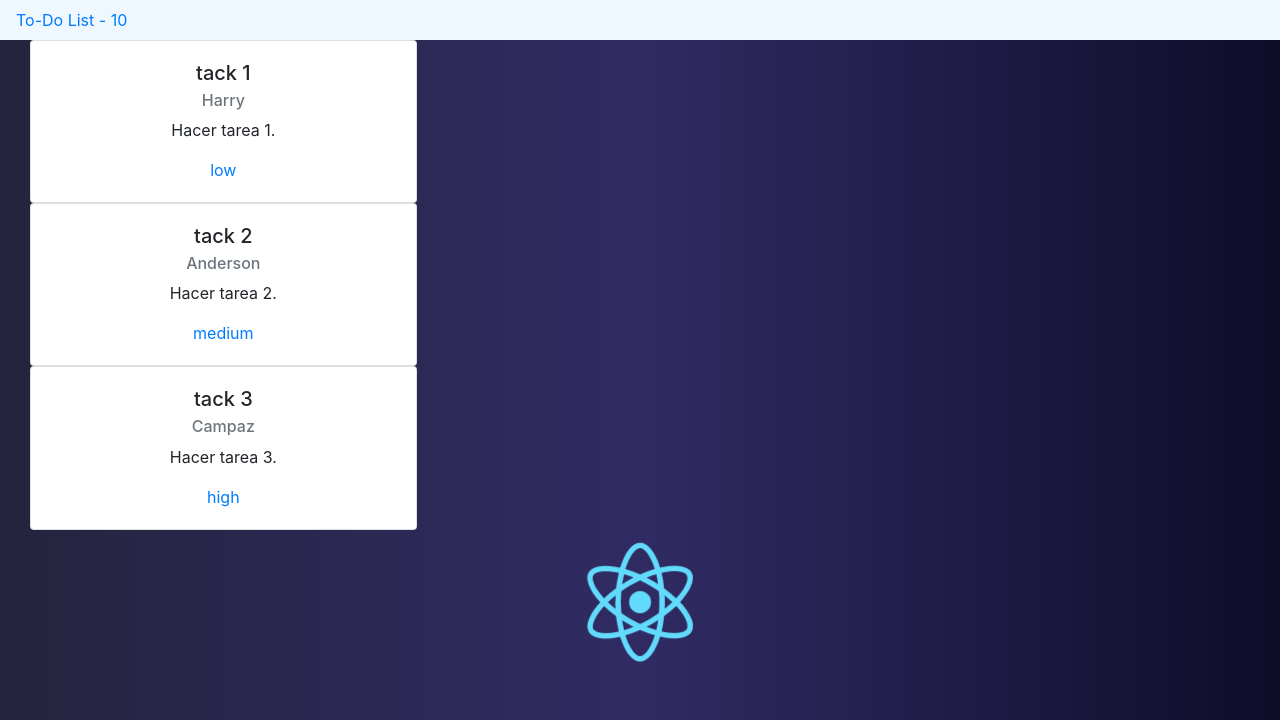
Repository: harrycampaz/to-do-react
Page: /
The author's editor kept a copy of each file at every save. The page is drawn from the files as they stood at one save, then again after the next save.
The browser window is 1280 px wide. The pictures show the whole page.
The project was rebuilt for these pictures with package versions that can differ from the ones it lists, and the page was loaded fresh each time.

Above is the page before, as saved 2019-12-17 00:11:23.

### public/index.html
<!DOCTYPE html>
<html lang="en">
  <head>
    <meta charset="utf-8" />
    <link rel="icon" href="%PUBLIC_URL%/favicon.ico" />
    <meta name="viewport" content="width=device-width, initial-scale=1" />
    <meta name="theme-color" content="#000000" />
    <meta
      name="description"
      content="Web site created using create-react-app"
    />
    <link rel="apple-touch-icon" href="%PUBLIC_URL%/logo192.png" />
    <!--
      manifest.json provides metadata used when your web app is installed on a
      user's mobile device or desktop. See https://developers.google.com/web/fundamentals/web-app-manifest/
    -->
    <link rel="manifest" href="%PUBLIC_URL%/manifest.json" />
    <!--
      Notice the use of %PUBLIC_URL% in the tags above.
      It will be replaced with the URL of the `public` folder during the build.
      Only files inside the `public` folder can be referenced from the HTML.

      Unlike "/favicon.ico" or "favicon.ico", "%PUBLIC_URL%/favicon.ico" will
      work correctly both with client-side routing and a non-root public URL.
      Learn how to configure a non-root public URL by running `npm run build`.
    -->
    <title>React App</title>
    <link rel="stylesheet" href="https://stackpath.bootstrapcdn.com/bootstrap/4.3.1/css/bootstrap.min.css" integrity="sha384-ggOyR0iXCbMQv3Xipma34MD+dH/1fQ784/j6cY/iJTQUOhcWr7x9JvoRxT2MZw1T" crossorigin="anonymous">

  </head>
  <body>
    <noscript>You need to enable JavaScript to run this app.</noscript>
    <div id="root"></div>
    <!--
      This HTML file is a template.
      If you open it directly in the browser, you will see an empty page.

      You can add webfonts, meta tags, or analytics to this file.
      The build step will place the bundled scripts into the <body> tag.

      To begin the development, run `npm start` or `yarn start`.
      To create a production bundle, use `npm run build` or `yarn build`.
    -->
  </body>
</html>

### src/App.js
import React from 'react';
import logo from './logo.svg';
import './App.css';
import Navigation from './components/ui/Navigation';
import ListTask from './components/ListTask';



function App() {
  return (
    <div className="App">
      <Navigation/>

      <div className="container-fluid">

      <ListTask/>

</div>

      <div>
        <img src ={logo} className = "App-logo"></img>
      </div>
    </div>
  );
}

export default App;

### src/App.css
body {
  background: #0f0c29;  /* fallback for old browsers */
  background: -webkit-linear-gradient(to right, #24243e, #302b63, #0f0c29);  /* Chrome 10-25, Safari 5.1-6 */
  background: linear-gradient(to right, #24243e, #302b63, #0f0c29); /* W3C, IE 10+/ Edge, Firefox 16+, Chrome 26+, Opera 12+, Safari 7+ */

}
.App {
 text-align: center;
}

nav {
  background-color: aliceblue;
  padding: 20px;
}

.App-logo {
  height: 20vmin;
  pointer-events: none;
}

@media (prefers-reduced-motion: no-preference) {
  .App-logo {
    animation: App-logo-spin infinite 20s linear;
  }
}


@keyframes App-logo-spin {
  from {
    transform: rotate(0deg);
  }
  to {
    transform: rotate(360deg);
  }
}

### src/components/ui/Navigation.js
import React, { Component } from 'react';

class Navigation extends Component {
    constructor(){
        super();
        this.state = {
            title: "To-Do List",
            count: 10
        }
    }

    render() {
        return (
            <div>
            <nav className="navbar">
                <a href = "" className="text-dart"> {this.state.title} - {this.state.count} </a>
            </nav>
            </div>
        );
    }
}

export default Navigation;

### src/components/ListTask.js
import React, { Component } from "react";
import todos from "../../src/dummy-data/todo-list.json";

class ListTask extends Component {
  constructor() {
    super();
    this.state = {
      todos: todos.todos
    };
  }

  render() {
    const data = this.state.todos.map((todo, i) => {
      return (
    <div className="col-sm-4">
        <div className="card">
          <div className="card-body">
            <h5 className="card-title">{todo.title}</h5>
            <h6 className="card-subtitle mb-2 text-muted">
              {todo.responsible}
            </h6>
            <p className="card-text">{todo.description}.</p>
            <a href="#" class="card-link">
              {todo.priority}
            </a>
          </div>
        </div>
        </div>
      );
    });

    return <div>{data}</div>;
  }
}

export default ListTask;

### src/dummy-data/todo-list.json
{
    "todos": [
        {
            "title": "tack 1",
            "responsible": "Harry",
            "description": "Hacer tarea 1",
            "priority": "low"
        },
        {
            "title": "tack 2",
            "responsible": "Anderson",
            "description": "Hacer tarea 2",
            "priority": "medium"
        },
        {
            "title": "tack 3",
            "responsible": "Campaz",
            "description": "Hacer tarea 3",
            "priority": "high"
        }
    ]
}

Loaded but not shown: src/index.js (common file); src/index.css (common file); src/serviceWorker.js (common file)

After the next save:
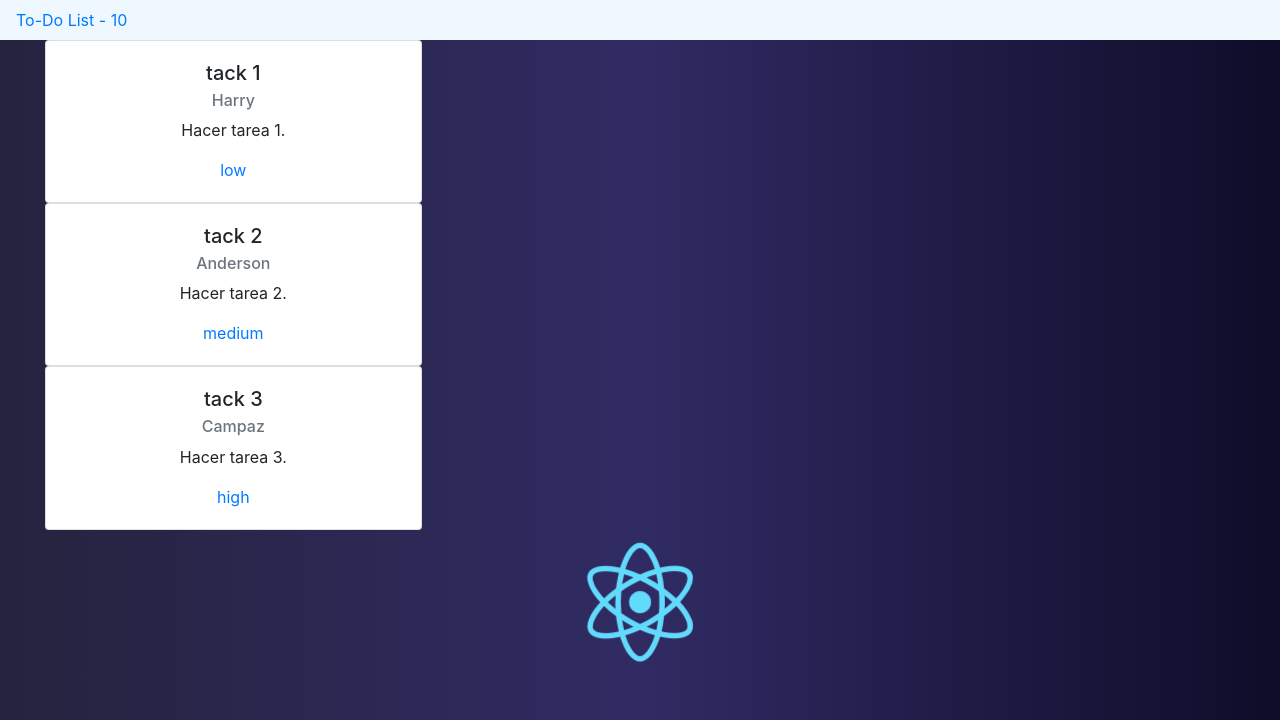
Saved 48 s later.
--- a/src/components/ListTask.js
+++ b/src/components/ListTask.js
@@ -29,7 +29,7 @@
       );
     });
 
-    return <div>{data}</div>;
+    return <div className="container-fluid">{data}</div>;
   }
 }
 
